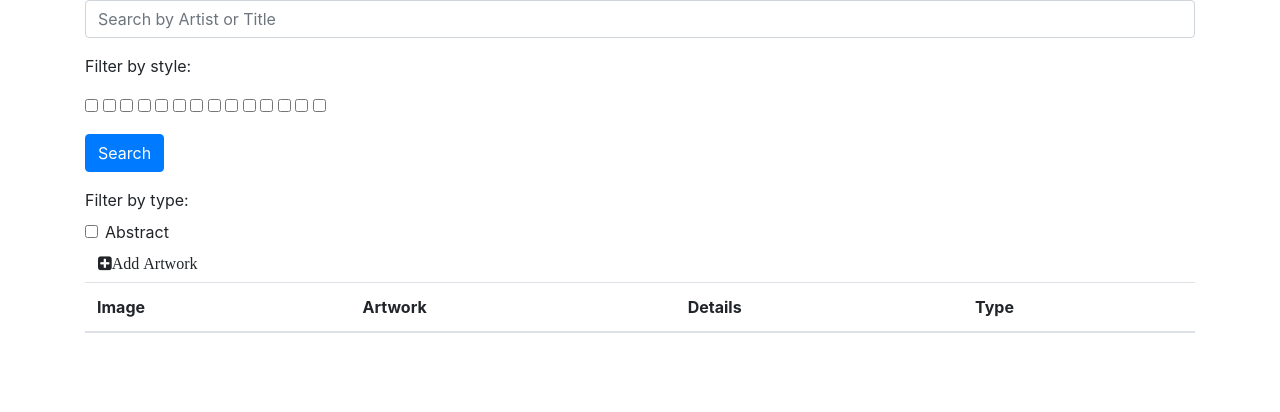
Repository: lynette-lyf/artwork-inventory
Page: http://localhost/
The author's editor kept a record of every edit. The page is drawn from the files as they stood at one moment, then again after the next edit.
The browser window is 1280 px wide. The pictures show the whole page.
The page is served by the project's application, run on Flask 3 (app.py). Queries for data that is not in the repository find no rows.

Above is the page before.

### templates/index.template.html
<!doctype html>
<html lang="en">
  <head>
    <!-- Required meta tags -->
    <meta charset="utf-8">
    <meta name="viewport" content="width=device-width, initial-scale=1, shrink-to-fit=no">

    <!-- Bootstrap CSS -->
    <link rel="stylesheet" href="https://stackpath.bootstrapcdn.com/bootstrap/4.3.1/css/bootstrap.min.css" integrity="sha384-ggOyR0iXCbMQv3Xipma34MD+dH/1fQ784/j6cY/iJTQUOhcWr7x9JvoRxT2MZw1T" crossorigin="anonymous">
    <link href="https://maxcdn.bootstrapcdn.com/font-awesome/4.7.0/css/font-awesome.min.css" rel="stylesheet"/>


    <title>Artwork Database</title>
  </head>
  <body>
    <div class='container'>

        <form method="GET" class='mb-3'>
            <div class='form-group'>
                <input placeholder='Search by Artist or Title' type="text" value="{{search_terms}}" name='search-by' class="form-control mb-1"/>
            </div>

             <div class='form-group'>
                <p>Filter by style:</p>
                {%for t in all_styles %}
                <input type="checkbox" name="must-have" value="{{t}}"
                {%if t in filter %}
                checked
                {%endif%}
                /><label>{{a}}</label>
                {%endfor%}
            </div>

            <input type="submit" class="btn btn-primary" value="Search"/>
        </form>

        <label>Filter by type:</label>

            <div class="form-check">
            <input class="form-check-input" type='checkbox' value='Abstract' id="type" name="type">
            <label class="form-check-label" for="Abstract">Abstract</label>
            </div>


        <a href="add-artwork" class="btn btn-default"><i class="fa fa-plus-square">Add Artwork</i></a>



        <table class='table'>
            <thead>
                <tr>
                    <th>
                        Image
                    </th>
                    <th>
                        Artwork
                    </th>
                    <th>
                        Details
                    </th>
                    <th>
                        Type
                    </th>
                </tr>
            </thead>
            {%for each_result in results%}
            <tr>
                <td>
                   <img src=' {{ each_result['image'] }} ' style="max-height:40vh; max-width:40vw">
                </td>
                <td>
                    <i>{{ each_result['title'] }} </i><br>
                    {{ each_result['artist'] }} <br>
                    {{ each_result['description'] }}
                </td>
                <td>
                    Year: {{ each_result['year'] }} <br>
                    Dimensions: {{ each_result['dimensions'] }} <br>
                    Medium: {{ each_result['medium'] }}
                </td>
                <td>
                    {% for each_type in each_result['type'] %}
                    <span>{{ each_type }}</span>&nbsp;
                    {%endfor%}
                </td>
                <td>
                    <a href="edit-artwork/{{each_result['_id']}}" <i class="fa fa-pencil-square-o">Edit</i></a>
                </td>
                <td>
                    <a href="confirm-delete-artwork/{{each_result['_id']}}" <i class="fa fa-times">Delete</a>
                    </form>
                </td>
            </tr>
             {%endfor%}
        </table>
    </div>

    <!-- Optional JavaScript -->
    <!-- jQuery first, then Popper.js, then Bootstrap JS -->
    <script src="https://code.jquery.com/jquery-3.3.1.slim.min.js" integrity="sha384-q8i/X+965DzO0rT7abK41JStQIAqVgRVzpbzo5smXKp4YfRvH+8abtTE1Pi6jizo" crossorigin="anonymous"></script>
    <script src="https://cdnjs.cloudflare.com/ajax/libs/popper.js/1.14.7/umd/popper.min.js" integrity="sha384-UO2eT0CpHqdSJQ6hJty5KVphtPhzWj9WO1clHTMGa3JDZwrnQq4sF86dIHNDz0W1" crossorigin="anonymous"></script>
    <script src="https://stackpath.bootstrapcdn.com/bootstrap/4.3.1/js/bootstrap.min.js" integrity="sha384-JjSmVgyd0p3pXB1rRibZUAYoIIy6OrQ6VrjIEaFf/nJGzIxFDsf4x0xIM+B07jRM" crossorigin="anonymous"></script>
  </body>
</html>

### app.py
from flask import Flask, render_template, request, redirect, url_for
import os
from bson import ObjectId
import re

import pymongo

MONGO_URI = os.getenv('MONGO_URI')
DATABASE_NAME = 'artworksAndConsigners'

conn = pymongo.MongoClient(MONGO_URI)

def get_connection():
    conn = pymongo.MongoClient(MONGO_URI)
    return conn

app = Flask(__name__)

@app.route('/')
def index():

    filter = request.args.getlist('filter')

    all_styles = ['Abstract', 'Abstract Expressionist', 'Contemporary', 'Cubism', 'Expressionism', 'Figurative', 'Geometric', 'Minimalism', 'Modern', 'Nanyang', 'Pop Art', 'Realism', 'Renaissance', 'Surrealism']
    all_types = ['Acrylic', 'Canvas', 'Calligraphy', 'Ink', 'Installation', 'Fabric', 'Oil', 'Paper', 'Painting', 'Portrait', 'Printmaking', 'Sculpture', 'Watercolour']

    artworksAndConsigners = conn[DATABASE_NAME]['artworksAndConsigners'].find()
    return render_template('index.template.html', results=artworksAndConsigners, filter=filter, all_styles=all_styles, all_types=all_types)


# CREATE************************************************************************

@app.route('/add-artwork')
def show_add_artwork_form():
    return render_template('add_artwork.template.html')

@app.route('/add-artwork', methods=['POST'])
def process_add_artwork_form():
    image = request.form.get('image')
    artist = request.form['artist']
    title = request.form['title']
    year = request.form['year']
    dimensions = request.form['dimensions']
    medium = request.form['medium']
    description = request.form['description']
    type = request.form.getlist('type')

    conn = get_connection()
    conn[DATABASE_NAME]['artworksAndConsigners'].insert({
        "image" : image,
        "artist" : artist,
        "title" : title,
        "year" : year,
        "dimensions" : dimensions,
        "medium" : medium,
        "description" : description,
        "type" : type
    })

    # redirect back to root url
    return redirect("/")

# READ**************************************************************************

@app.route('/')
def search_index():
    search_terms = request.args.get('search-by')
    title = request.args.get('title')
    must_have = request.args.getlist('must-have')

    all_types = ['Abstract', 'Abstract Expressionist', 'Contemporary', 'Cubism', 'Expressionism', 'Figurative', 'Geometric', 'Minimalism', 'Modern', 'Nanyang', 'Pop Art', 'Realism', 'Renaissance', 'Surrealism']

    search_criteria = {}
    print (search_criteria)
    if search_terms is not None and search_terms is not "":
        search_criteria["title"] = re.compile(r'{}'.format(search_terms), re.I)

    if len(must_have) > 0:
        search_criteria['all_types'] = {
            '$all' : must_have
        }



    print (search_criteria)
    # # for display
    # if search_terms is None:
    #     search_terms =""

    if search_terms is None:
        search_terms = ""

    conn = get_connection()
    cursor = conn[DATABASE_NAME]["artworksAndConsigners"].find(search_criteria).limit(10)
    return render_template("index.template.html", results=cursor,
        search_terms=search_terms, title=title, all_types=all_types, must_have=must_have)

# UPDATE************************************************************************

@app.route('/edit-artwork/<artwork_id>')
def show_edit_artwork_form(artwork_id):
    conn = get_connection()
    artwork = conn[DATABASE_NAME]['artworksAndConsigners'].find_one({
        '_id': ObjectId(artwork_id)
    })

    results = artwork['type']
    all_styles = ['Abstract', 'Abstract Expressionist', 'Contemporary', 'Cubism', 'Expressionism', 'Figurative', 'Geometric', 'Minimalism', 'Modern', 'Nanyang', 'Pop Art', 'Realism', 'Renaissance', 'Surrealism']
    all_types = ['Acrylic', 'Canvas', 'Calligraphy', 'Ink', 'Installation', 'Fabric', 'Oil', 'Paper', 'Painting', 'Portrait', 'Printmaking', 'Sculpture', 'Watercolour']

    return render_template('edit_artwork.template.html', artworksAndConsigners=artwork,
    selected_type = results, all_styles=all_styles, all_types=all_types)

@app.route("/edit-artwork/<artwork_id>", methods=['POST'])
def process_edit_artwork_form(artwork_id):
    image = request.form.get('image')
    artist = request.form['artist']
    title = request.form['title']
    year = request.form['year']
    dimensions = request.form['dimensions']
    medium = request.form['medium']
    description = request.form['description']
    type = request.form.getlist('type')

    conn = get_connection()
    conn[DATABASE_NAME]["artworksAndConsigners"].update({
        '_id': ObjectId(artwork_id)
    }, {
       "image" : image,
        "artist" : artist,
        "title" : title,
        "year" : year,
        "dimensions" : dimensions,
        "medium" : medium,
        "description" : description,
        "type": type
    })

    return redirect("/")


# DELETE************************************************************************

@app.route('/confirm-delete-artwork/<artwork_id>')
def confirm_delete_artwork(artwork_id):

    artwork = conn[DATABASE_NAME]["artworksAndConsigners"].find_one({
        '_id': ObjectId(artwork_id)
    }, {
        "title": 1,
        "artist": 1
    })

    return render_template('confirm_delete_artwork.template.html', artworksAndConsigners=artwork)

@app.route('/delete-artwork/<artwork_id>')
def delete_artwork(artwork_id):
    conn[DATABASE_NAME]["artworksAndConsigners"].delete_one({
        '_id': ObjectId(artwork_id)
    })

    return redirect('/')

# "magic code" -- boilerplate
if __name__ == '__main__':
    app.run(host=os.environ.get('IP'),
    port=int(os.environ.get('PORT')),
    debug=True)

After the next edit:
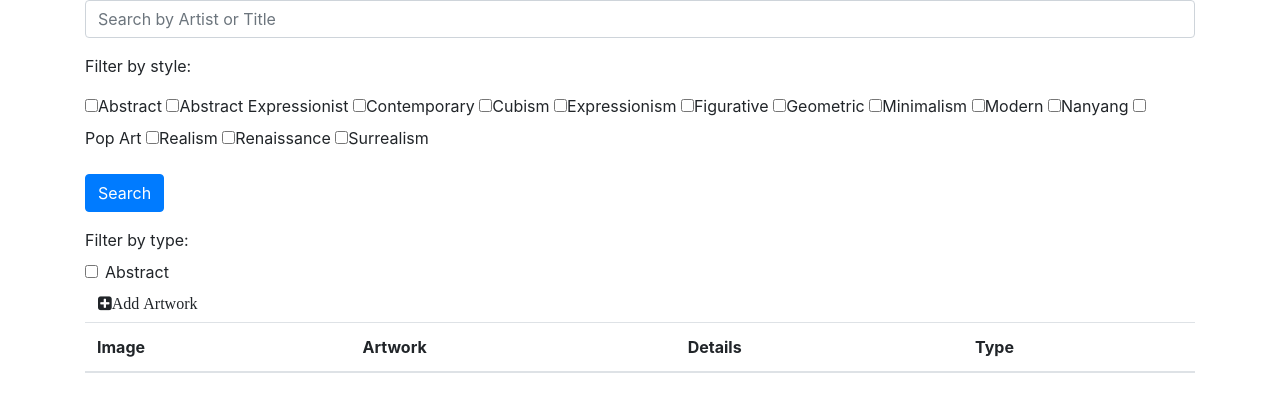
The edit:
--- a/templates/index.template.html
+++ b/templates/index.template.html
@@ -27,7 +27,7 @@
                 {%if t in filter %}
                 checked
                 {%endif%}
-                /><label>{{a}}</label>
+                /><label>{{t}}</label>
                 {%endfor%}
             </div>
 
